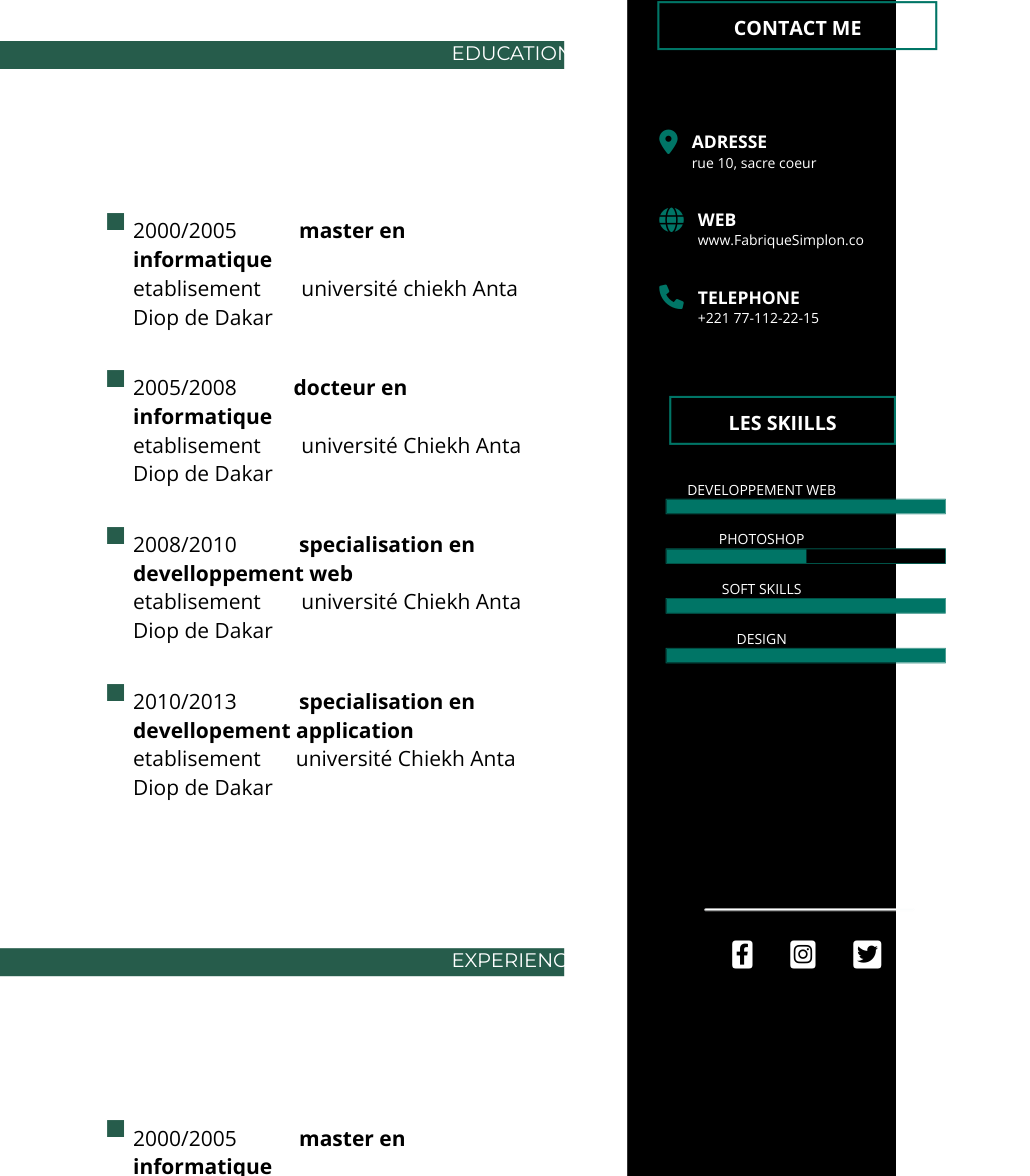
Repository: NdiongueFH/Mon_CV
Page: CV_Groupe1.html
The author's editor kept a copy of each file at every save. The page is drawn from the files as they stood at one save, then again after the next save.
The browser window is 1280 px wide. The page is 1472 px wide, so the pictures cover 1472 px, including what lies to the right of the window. The pictures show the part of the page from y = 391 to 2071 px (the page is 3167 px tall before and 2235 px after), at 70% of full size.

Above is the page before, as saved 2024-08-05 16:23:50.

### CV_Groupe1.html
<!DOCTYPE html>
<html lang="fr">
<head>
    <meta charset="UTF-8">
    <meta name="viewport" content="width=device-width, initial-scale=1.0">
    <!--Intégration de police d'écriture via un lien web-->
    <link href="https://fonts.googleapis.com/css2?family=Montserrat:wght@400;700&family=Open+Sans:wght@400;700&family=Roboto:wght@400;500&display=swap" rel="stylesheet">
    <!--Intégration de notre lien CSS-->
    <!--Intégration de police d'écriture via un lien web-->
    <link href="https://fonts.googleapis.com/css2?family=Montserrat:wght@400;700&family=Open+Sans:wght@400;700&family=Roboto:wght@400;500&display=swap" rel="stylesheet">
    <link rel="stylesheet" href="https://cdnjs.cloudflare.com/ajax/libs/font-awesome/6.0.0-beta3/css/all.min.css">
    <!--Intégration de notre lien CSS-->
    <link rel="stylesheet" href="CV_Groupe1.css">
    <title>MON CV</title>

</head>
<body>
    <!--section principale-->
    <section id="principal">

        <!--Début Partie Ndiawar-->

        <!--la partie profile de notre cv-->
        <section id="profile">
            <!--identité-->
            <div id="identite">
                <!--image-->
                <div class="image">

                    <img id="image_profil" src="./image/profil.png" alt="" sizes="30" srcset="">
                </div>
                <!--fin image-->
                <!--debut nom-->
                <div class="nom">
                    <h2 id="name_cv">Cv Groupsse 1</h2>
                    <span id="function">Développeurs</span>
                </div>
                <!--fin nom-->
            </div>
            <!--fin identité-->
        </section>
        <!--fin de la partie profile-->

        <!--Fin Partie Ndiawar Diop-->


        <!--le debut du corp de notre cv-->
        <section  id="renseignement">
            <!--corp -->
            <div id="corps">
                <!--debut blanc-->
                <div class="blanc">
                    <!--Début Partie Anta Maguette Faye-->
                    <!--education-->
                    <div class="edu_exp">
                        <!--titre education-->
                        <div class="titre_edu_exp">
                            EDUCATION
                        </div>
                        <!--fin titre education-->
                        <!--parti education-->
                        <div class="info_edu">
                            <ul id="carre">
                                <li>
                                    <p>
                                        2000/2005 &nbsp;&nbsp;&nbsp;<span class="espace"> <strong>master en informatique</strong> </span><br>
                                        etablisement <span class="espace"> université chiekh Anta Diop de Dakar  </span><br>
                                    </p>
                                </li>
                                <li>
                                    <p>
                                        2005/2008  &nbsp;&nbsp;&nbsp;<span class="espace"><strong>docteur en informatique </strong> </span><br>
                                        etablisement <span class="espace"> université Chiekh Anta Diop de Dakar</span>
                                    </p>
                                </li>
                                <li>
                                    <p>
                                        2008/2010 &nbsp;&nbsp;&nbsp;<span class="espace"> <strong>specialisation en develloppement web </strong>  </span><br>
                                        etablisement <span class="espace">université Chiekh Anta Diop de Dakar</span>
                                    </p>
                                </li>
                                <li>
                                    <p>
                                        2010/2013 &nbsp;&nbsp;&nbsp;<span class="espace"> <strong>specialisation en devellopement application</strong></span>  <br>
                                        etablisement<span class="espace">université Chiekh Anta Diop de Dakar</span>
                                    </p>

                                </li>
                            </ul>
                        </div>
                        <!--fin parti education-->
                    </div>
                    <!--fin education-->


                    <!--Fin Partie Anta Maguette Faye-->

                    <!--Début Partie Fatoumata Hawa Ndiongue-->

                    <!--experience-->
                    <div class="edu_exp" >
                        <!--titre experience-->
                        <div class="titre_edu_exp">
                            EXPERIENCE
                        </div>
                        <!--fin titre experience-->
                        <!--parti experience-->
                            <div class="info_edu">
                                <ul id="carre">
                                    <li>
                                        <p>
                                            2000/2005 &nbsp;&nbsp;&nbsp;<span class="espace"> <strong>master en informatique</strong> </span><br>
                                            etablisement <span class="espace"> université chiekh Anta Diop de Dakar  </span><br>
                                        </p>
                                    </li>
                                    <li>
                                        <p>
                                            2005/2008  &nbsp;&nbsp;&nbsp;<span class="espace"><strong>docteur en informatique </strong> </span><br>
                                            etablisement <span class="espace"> université Chiekh Anta Diop de Dakar</span>
                                        </p>
                                    </li>
                                    <li>
                                        <p>
                                            2008/2010 &nbsp;&nbsp;&nbsp;<span class="espace"> <strong>specialisation en develloppement web </strong>  </span><br>
                                            etablisement <span class="espace">université Chiekh Anta Diop de Dakar</span>
                                        </p>
                                    </li>
                                    <li>
                                        <p>
                                            2010/2013 &nbsp;&nbsp;&nbsp;<span class="espace"> <strong>specialisation en devellopement application</strong></span>  <br>
                                            etablisement<span class="espace">université Chiekh Anta Diop de Dakar</span>
                                        </p>

                                    </li>
                                </ul>
                            </div>
                        <!--fin parti experience-->
                    </div>
                    <!--fin experience-->

                    <!--Début Footer-->
                    <div id="footer">

                    </div>
                    <!--Fin Footer-->

                    <!--Fin Partie Fatoumata Hawa Ndiongue-->

                </div>
                <!--fin blanc-->

                <!--Début Moustapha Dieng-->


                <!--debut noir-->
                <div class="noir">
                    <!--contact-->
                    <div class="contact">
                        <!--titre contact-->
                        <div class="titre_contact_skill">
                            <h1>CONTACT ME</h1>
                        </div>
                        <!--fin titre contact-->
                        <!-- donnee contact-->
                        <div class="donnees_contact">
                            <div class="info_contact">
                                <i class="fas fa-map-marker-alt"></i>
                                <div>
                                    <strong>ADRESSE</strong><br>
                                    rue 10, sacre coeur
                                </div>
                            </div>
                            <div class="info_contact">
                                <i class="fas fa-globe"></i>
                                <div>
                                    <strong>WEB</strong><br>
                                    www.FabriqueSimplon.co
                                </div>
                            </div>
                            <div class="info_contact">
                                <i class="fas fa-phone"></i>
                                <div>
                                    <strong>TELEPHONE</strong><br>
                                    +221 77-112-22-15

                                </div>
                            </div>

                        </div>
                        <!--fin donnee contact-->
                    </div>
                    <!--fin contact-->
                    <!--skill-->
                    <div class="skill">
                        <!--titre skill-->
                        <div class="titre_contact_skill2">
                            <h1> LES  SKIILLS</h1>
                        </div>
                        <!--fin titre skill-->
                        <!--donné skill-->
                        <div class="donnees_skill">DEVELOPPEMENT WEB</div>
                            <div class="bar-container">
                                <div class="bar"></div>
                            </div>
                        <div class="donnees_skill">PHOTOSHOP</div>
                            <div class="bar-container">
                                <div class="bar1"></div>
                            </div>
                        <div class="donnees_skill">SOFT SKILLS</div>
                            <div class="bar-container">
                                <div class="bar2"></div>
                            </div>
                        <div class="donnees_skill">DESIGN</div>
                            <div class="bar-container">
                                <div class="bar3"></div>
                            </div>
                        <!--fin donné skill-->
                    </div>
                    <!--fin skill-->
                    <!--resaux socio-->
                    <div id="resaux">
                        <div class="rs-container">
                            <div class="rs"></div>
                        </div>
                        <div class="social-icons">
                            <a href="https://www.facebook.com/"><i class="fab fa-facebook-f"></i></a>
                            <a href="https://www.instagram.com/accounts/login/"><i class="fab fa-instagram"></i></a>
                            <a href="https://twitter.com/login"><i class="fab fa-twitter"></i></a>
                        </div>
                    </div>
                    <!--fin resaux socio-->
                </div>
                <!--fin noir-->

                <!--Fin Moustapha Dieng-->


            </div>
            <!--fin corp-->

        </section>
        <!--la fin du corp de notre cv-->
    </section>
    <!--Fin section principale-->

</body>
</html>

### CV_Groupe1.css
/*Le pseudo-élément `:root` en CSS permet de définir des variables globales pour un document,
représentant l'élément `<html>`. Utilisé pour centraliser la gestion des styles comme
les couleurs et les polices, il facilite la maintenance du CSS en rendant
les valeurs facilement réutilisables et modifiables dans toute la feuille de style.*/


:root {
    /* Définition des couleurs de base */
    --teal-1: #265C4B; /* Teal foncé */
    --teal-2: #146551; /* Teal moyen foncé */
    --teal-3: #007566; /* Teal vif */
    --teal-4: #589A8D; /* Teal clair */
    --teal-5: #fff; /* Blanc très clair */
    --Noir-6: #000000; /*Noir*/
    --Blanc-7: #ffffff; /*Blanc*/

    /* Utilisation des couleurs pour différents éléments */

    --color-title: var(--teal-1); /* Couleur pour les titres */
    --color-subtitle: var(--teal-3); /* Couleur pour les sous-titres */
    --color-paragraph: var(--teal-2); /* Couleur pour les paragraphes */
    --color-border: var(--teal-4); /* Couleur pour les bordures */
    --color-backgroundFoncé: var(--teal-1); /*Couleur de fond foncée*/
    --color-background: var(--teal-5); /* Couleur de fond général */
    --color-text: var(--Noir-6); /*Couleur pour le texte de fond*/
    --color-white: var(--Blanc-7); /*Couleur blanche pour les texte de fon d'une balise"*/
}

/*Intégration de nos polices d'écritures générales pour notre texte, titre et les sous-titres*/
:root {
    /* Polices */
    --font-title: 'Montserrat', sans-serif;
    --font-text: 'Open Sans', sans-serif;
    --font-subtitle: 'Roboto', sans-serif;

    /* Taille de police standard et poids */
    --font-size-normal: 16px; /* Taille de police standard pour le texte */
    --font-size-title: 28px; /* Taille de police pour les grands titres */
    --font-size-subtitle: 20px; /* Taille de police pour les sous-titres */
    --font-weight-normal: 400; /* Poids normal de la police */
    --font-weight-bold: 700; /* Poids en gras */
    /*Pour le profil la taile du nom et du sous-titre*/
    --font-size-titleProfil: 45px;
    --font-size-subtitleProfil: 30px;
}

/*Intégration de nos polices d'écritures générales pour notre texte, titre et les sous-titres*/
:root {
    /* Polices */
    --font-title: 'Montserrat', sans-serif;
    --font-text: 'Open Sans', sans-serif;
    --font-subtitle: 'Roboto', sans-serif;

    /* Taille de police standard et poids */
    --font-size-normal: 16px; /* Taille de police standard pour le texte */
    --font-size-title: 28px; /* Taille de police pour les grands titres */
    --font-size-subtitle: 20px; /* Taille de police pour les sous-titres */
    --font-weight-normal: 400; /* Poids normal de la police */
    --font-weight-bold: 700; /* Poids en gras */
    /*Pour le profil la taile du nom et du sous-titre*/
    --font-size-titleProfil: 45px;
    --font-size-subtitleProfil: 30px;
}

/*Initialisation de notre body pour supprimer les marges et choix du type de police pour notre site*/


/*Initialisation de notre body pour supprimer les marges et choix du type de police pour notre site*/
* {
  box-sizing: border-box;
}

body {
    margin: 0;
    padding: 0;
    color: var(--color-text);
    font-family: var(--font-text);
    font-size: var(--font-size-normal);
    font-weight: var(--font-weight-normal);
    overflow-x: hidden;
}


#profile {
    position: relative;
    z-index: 1;
    top: 400px;
    right: -15%;
    }

    #principal {
        margin-top: -320px;
    }


/*Partie Ndiawar Diop*/
    /*Début partie profil de Mon_CV*/

/*Div Identité*/
#identite {
    display: flex;
    align-items: center; /* Pour aligner verticalement les éléments à l'intérieur */
    background: none;
}
/*Image*/
.image {
    border: 12px solid var(--color-border);
    width: 300px;  /* Assurez-vous que le conteneur est carré */
    height: 300px;
    border-radius: 50%;  /* Rend l'image ronde */
    overflow: hidden;  /* Cache les parties de l'image qui débordent */
    z-index: 2; /* Nous Plaçons l'image au-dessus de .nom */
    position: relative; /* Nécessaire pour appliquer z-index */
}

#image_profil {
    width: 100%;
    height: 100%;
    object-fit: cover;  /* Garantit que l'image couvre tout l'espace sans déformation */
}
/*Le nom du profil*/
.nom {
    background-color: var(--color-backgroundFoncé);
    width: 80%;
    height: 200px; /* Aligner la hauteur avec celle de l'image */
    display: flex;
    color: var(--color-white);
    flex-direction: column;
    justify-content: center;
    text-align: left;
    padding: 0 20px 0 75px;
    margin-left: -50px; /* Ajustement pour le chevauchement */
    z-index: 1; /* S'assurer que .nom se superpose à .image */
    position: relative;
}
#name_cv{
    font-family: var(--font-title);
    font-size: var(--font-size-titleProfil);
    font-weight: var(--font-weight-bold);
}
#function {
    font-family: var(--font-subtitle);
    font-size: var(--font-size-subtitleProfil);
    font-weight: var(--font-weight-normal);
}
    /*Fin Partie profil de Mon_Cv*/
/*Fin Partie Ndiawar Diop*/

/*titre de l'ducation education*/
.titre_edu_exp{

    font-size: var(--font-size-title);
    font-family: var(--font-title);
    background-color: var(--color-title);
    width: 90%;
    height: 40px;
    text-indent: 80%;
    color: var(--color-white);
}
/*partie education*/
.info_edu{
font-size: 30px;
font-family: var(--font-text);
color: var(--color-text);
padding: 150px;

}
/*l espace entre les deux bloc d'information*/
.espace{

margin-left: 50px;
/*text-align:initial;*/
}
/*creation de carree avant les ecriture*/
#carre li{

    display: flex;
    position: relative;
}

 #carre li::before{
   content:"■";
   font-size: 50px;
   color: var(--color-title);
   position: absolute;
   margin-left: -40px;
}

/*Footer*/
#footer {
    padding: 40px 0 85px 0;
    background-color: var(--color-backgroundFoncé);
}

/*#principal {
    display: flex;
    background-color: white;
    width: 1600px;
    height: 2400px;
    margin: 0;
}*/
#corps {
    display: flex;
    width: 100%;
}

.blanc {
    width: 70%;
    padding-top: 470px;
    height: auto;
}
.noir {
    padding-top: 300px;
    width: 30%;
    background-color: var(--color-text);
    height: auto;
    color: var(--color-white);
}
.contact {
    display: flex;
    flex-direction: column;
    align-items: center; /* Center horizontally */
    justify-content: center; /* Center vertically (if height is set) */
    width: 80%; /* ou toute autre largeur appropriée */
    margin: 0 auto;
    padding-top: 80px;
    color: var(--color-white);
}

.titre_contact_skill{
    font-size: 24px;
    margin-bottom: 20px;
    text-align: center; /* Center the title text */
    /*border: 4px solid var(--color-backgroundFoncé);*/
    width: 100%; /* Ajuste selon tes besoins */
    padding: 5px;
 }
 .titre_contact_skill2{
    display: flex;
    flex-wrap: wrap;
    font-size: 24px;
    margin-left: 60px;
    padding-top: 50px;
    margin-top: 20px;

 }
 h1{
    border: #007566 solid;
    width: 400px;
    height: 70px;
    text-align: center;
    justify-content: center;
    align-items: center;
    padding-top: 15px;

 }


.donnees_contact {
    display: flex;
    flex-wrap: wrap;
    flex-direction: column;
    gap: 10px;
    padding-top: 20px;
}

.info_contact {
    display: flex;
    flex-wrap: wrap;
    align-items: flex-start;
    font-size: 20px;
    color: #ffffff;
    margin-top: 40px;
}

.info_contact i {
    color: #007566;
    font-size: 35px;
    margin-right: 20px;
}

.info_contact div {
    display: flex;
    flex-direction: column;
}

.info_contact strong {
    font-size: 25px;
}

.info_contact br {
    display: none;
}
.bar-container {
    width: 400px;
    background-color: black;
    border: 1px solid #007566;
    overflow: hidden;
    margin-left: 55px;
 }


 .bar {
    width: 400px;
    height: 20px;
    background-color: #007566;
 }
 .bar1 {
    width: 200px;
    height: 20px;
    background-color: #007566;
 }
 .bar2 {
    width: 410px;
    height: 20px;
    background-color: #007566;
 }
 .bar3 {
    width: 460px;
    height: 20px;
    background-color: #007566;
 }


 .donnees_skill{
    justify-content: center;
    align-items: center;
    text-align: center;
    font-size: 20px;
    margin-top: 12px;
    padding-top: 10px;
 }

 .rs-container {
    width: 300px;
    background-color: black;
    border: 1px solid #fcfdfd;
    border-radius: 5px;
    overflow: hidden;
    margin-left: 110px;
 }
 .rs {
    width: 100%;
    height: 2px;
    background-color: #fbfdfd;
 }
 #resaux{
    margin: 350px 0 30px 0;
    /* align-content: center; */
    display: block;
    justify-content: center;
 }
 .social-icons {
 margin-top: 12px;
 padding-left: 100px;
 padding-top: 30px;
 }

 .social-icons i {
    justify-content: center;
    font-size: 30px;
    border-radius: 5px;
    padding: 5px;
    color: #000000;
    background-color: #ffffff;
    margin-left: 50px;
 }
 .social-icons i:hover {
    background-color: var(--color-backgroundFoncé);
    color: var(--color-white);
 }

After the next save:
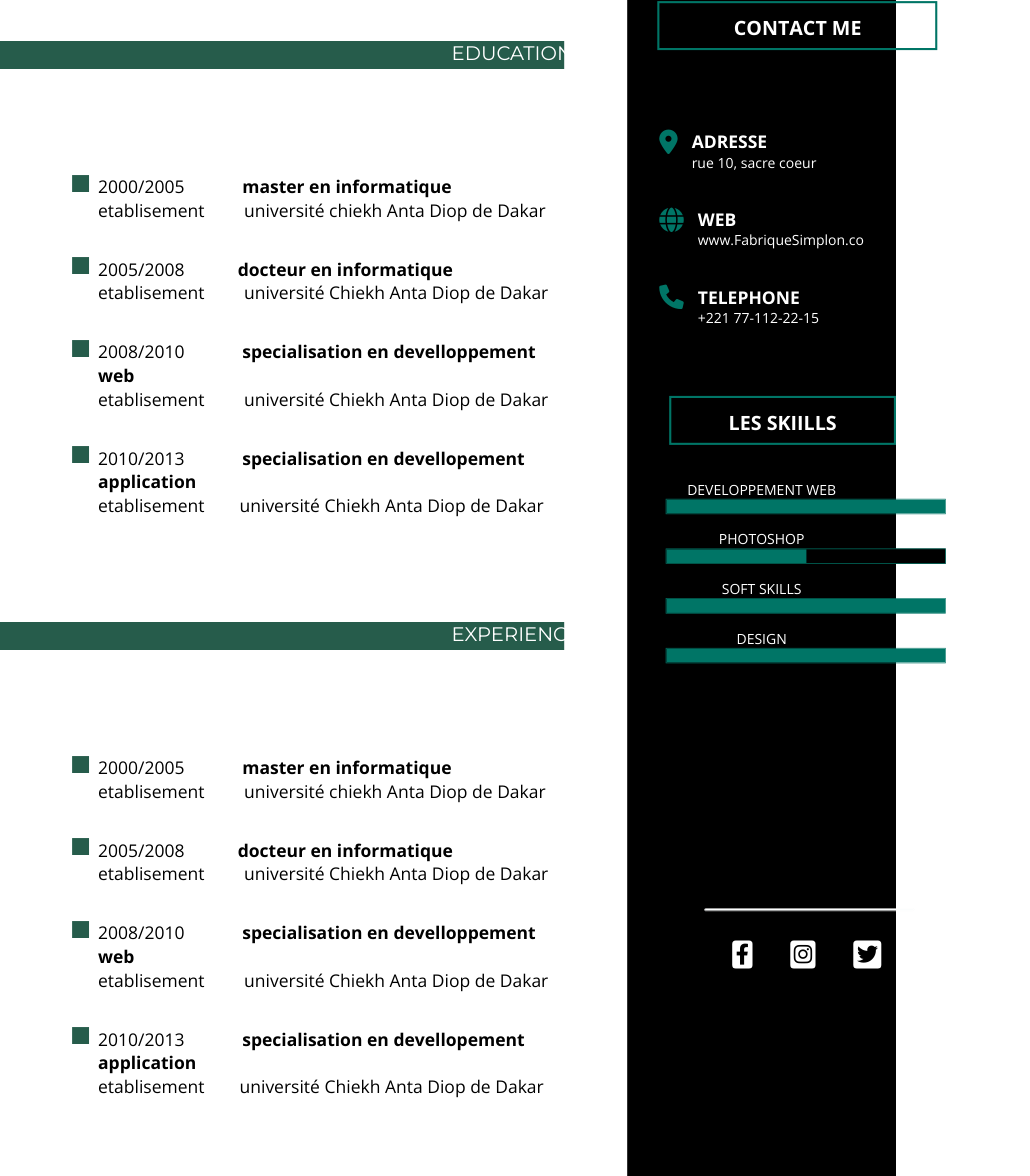
Saved 31 s later.
--- a/CV_Groupe1.css
+++ b/CV_Groupe1.css
@@ -159,10 +159,10 @@ body {
 }
 /*partie education*/
 .info_edu{
-font-size: 30px;
+font-size: 25px;
 font-family: var(--font-text);
 color: var(--color-text);
-padding: 150px;
+padding: 100px;
 
 }
 /*l espace entre les deux bloc d'information*/
